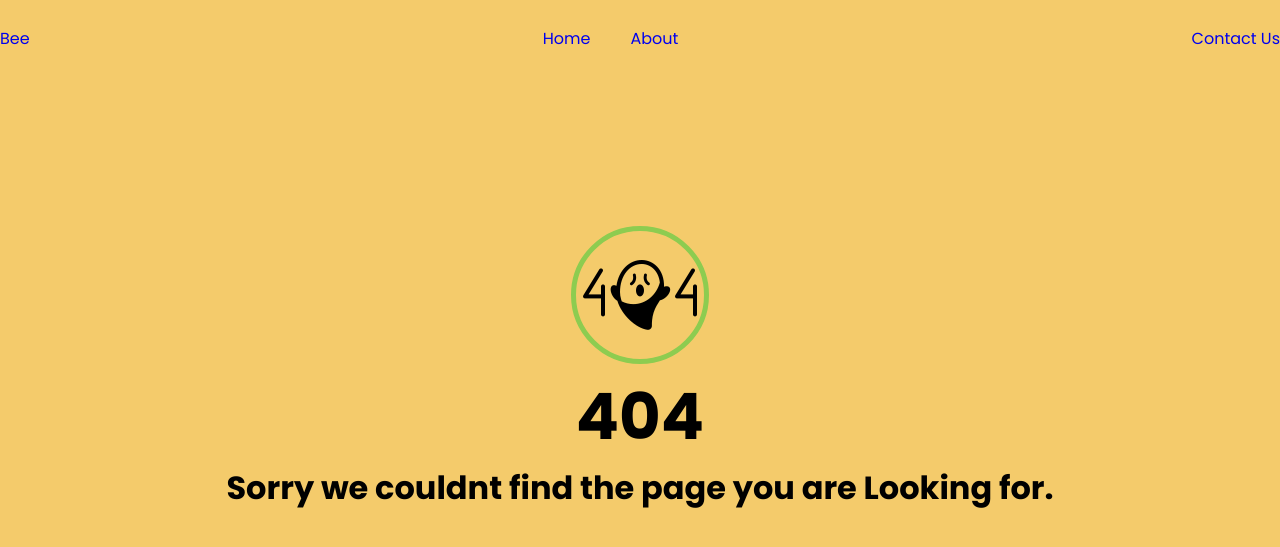
Repository: ble-syn/Random-user-generator-app
Page: /not-found
An editor plug-in stored every save of this project. The page is shown before and after the next save, followed by the edit.
The browser window is 1280 px wide. The pictures show the whole page.
The project was rebuilt for these pictures with package versions that can differ from the ones it lists, and the page was loaded fresh each time. Also part of the build but not shown: src/components/pagination.jsx, src/components/ErrorFallback.jsx, src/components/User.jsx, src/pages/Home.jsx, src/pages/About.jsx, src/pages/Policy.jsx, src/pages/Terms.jsx, src/pages/Contact.jsx.

Above is the page before, as saved 2022-10-28 17:26:15.

### src/index.css
@import url("https://fonts.googleapis.com/css2?family=Poppins:ital,wght@0,200;0,300;0,400;0,500;0,600;0,700;1,400&display=swap");
*{
  margin: 0;
  padding: 0;
  box-sizing: border-box;
}
a {
  text-decoration: none;
}

body {
  background-color: #F4CB6B;
  font-family: "Poppins", sans-serif;
}
.container {
  width: 100%;
  max-width: 1300px;
  margin: 0 auto;

}

nav {
  display: flex;
  justify-content: space-between;
  margin: 2% 0 5%;
}
.menu {
  margin: 0 20px;
}

.home-container{
  display: flex;

  align-items: center;
}
/* LEFT STYLES */
#left {
  flex: 5;
}
#left h1 {
  font-size: 3rem;
  font-weight: 700;
  margin-bottom: 20px;
}
#left p {
  font-size: 1.2rem;
  margin-bottom: 20px;
}
.search-input {
  width: 80%;
  background-color: #dadada;
  border-radius: 12px;
  border: none;
  display: flex;
  place-items: center;
  padding-left: 15px;
  margin: 50px 0;
}
input {
  border: none;
  border-radius: 12px;
  background-color: inherit;
  width: 100%;
  height: 50px;
  padding-left: 5px;
  font-size: 20px;
}
input:focus {
  outline: none;
}
input::placeholder {
  color: #171717;
}
.user-link-cont {
  margin-top: 70px;
}
.user-link{
  margin-right: 80px;
  padding: 30px;
  border-radius: 10px;
  color: #FFF;
  cursor: pointer;
  border: none;
  box-shadow: 0px 2px 5px  rgba(0, 0, 0, 0.5);
}
.all-user {
  background-color: #BF9679;
}
.f-user{
  background-color: #F97661;
}
.m-user{
background-color: #8DCC50;
}

#right{
  height: 90vh;
  flex: 5;
  margin-left: 20px;
  background-color: #F2F2EF;
  border-radius: 50px;
  padding: 20px;
}

.usercard {
  background-color: #F2F2EF;
  border-radius: 20px;
  display: flex;
  justify-content: space-between;
  align-items: center;
  padding: 20px;
  margin: 20px 0;
  box-shadow: 0px 2px 5px  rgba(0, 0, 0, 0.5);
}

img {
 border: 5px solid#8DCC50;
  border-radius: 50%;
  margin: 5px 0;
}

.pagination {
  display: flex;
  justify-content: center;
  align-items: center;
  gap: 12px;
  margin: 20px 0;
}

.pagination-num {
  display: flex;
  justify-content: center;
  align-items: center;
  gap: 12px;
}

.pagination-child,
.prev,
.next {
  opacity: 1;
  border: 1px solid #000;
  padding: 8px 16px;
  cursor: pointer;
  border-radius: 10px;
  transition: all 0.3s ease;
}

.pagination-child:hover,
.prev:hover,
.next:hover {
  transform: scale(1.1);
  background-color: #F4CB6B;
}

.disabled {
  opacity: 0.5;
  cursor: not-allowed;
}
.notfound {
  display: flex;
  flex-direction: column;
  justify-content: center;
  align-items: center;
  height: 70vh;
  font-size: 2rem;
  font-weight: 700;
}

### src/App.js
import { BrowserRouter as Router, Routes, Route, Navigate} from "react-router-dom";
import Navbar from "./components/Navbar";
import Home from "./pages/Home";
import About from "./pages/About";
import Policy from "./pages/Policy";
import Terms from "./pages/Terms";
import Contact from "./pages/Contact";
import NotFound from "./pages/NotFound";

function App() {
  return (
    <div className="container">
      <Router>
      <Navbar />
        <Routes>
          <Route path="/" element={<Home />} />
          <Route path="/about" element={<About />}>
            <Route path="policy" element={<Policy />} />
            <Route path="terms" element={<Terms />} />
          </Route>
          <Route path="/contact" element={<Contact />} />
          <Route path="/not-found" element={<NotFound />} />
          <Route path="*" element={<Navigate to="/not-found" />} />
        </Routes>
      </Router>

    </div>
  );
}

export default App;

### src/components/Navbar.jsx
import React from "react";
import { Link } from "react-router-dom";

function Navbar() {
    return (
      <nav className="header">
        <div className="logo">
          <Link to="/">Bee</Link>
        </div>


        <div>
            <Link to="/" className="menu">Home</Link>

            <Link to="/about" className="menu">About</Link>
        </div>
        <div>
            <Link to="/contact">Contact Us</Link>
        </div>
      </nav>
    );
  }

export default Navbar;

### src/pages/NotFound.jsx
import React from "react";
import error404 from "../assets/404-error.png"

function NotFound() {
  return <div className="notfound">
    <img src={error404} alt="404 error" />
    <h1>404</h1>
    <p>Sorry we couldnt find the page you are Looking for.</p>
  </div>;
}

export default NotFound;

Loaded but not shown: public/index.html (common file); src/index.js (common file); src/reportWebVitals.js (common file)

After the next save:
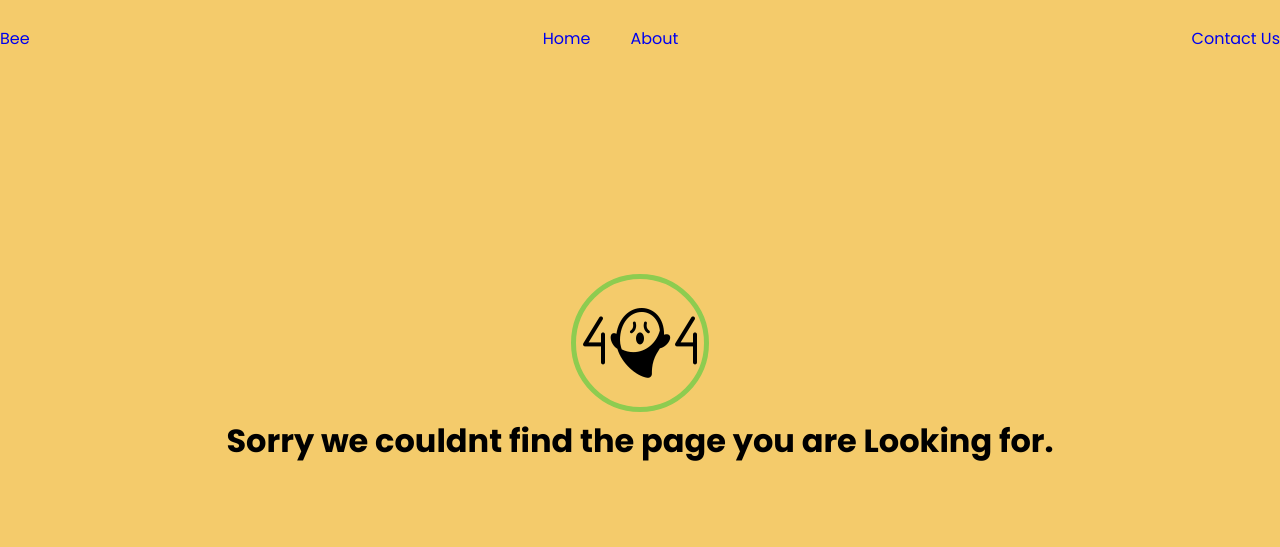
Saved 23 s later.
--- a/src/pages/NotFound.jsx
+++ b/src/pages/NotFound.jsx
@@ -4,7 +4,6 @@ import error404 from "../assets/404-error.png"
 function NotFound() {
   return <div className="notfound">
     <img src={error404} alt="404 error" />
-    <h1>404</h1>
     <p>Sorry we couldnt find the page you are Looking for.</p>
   </div>;
 }
